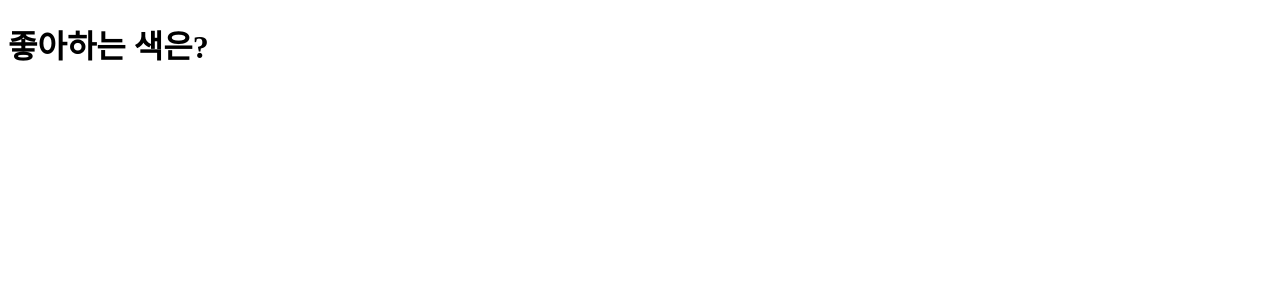
Repository: SongHyeSun/JSP
Page: jspSrc17/och03/src/main/webapp/color.html
The author's editor kept a copy of each file at every save. The page is drawn from the files as they stood at one save, then again after the next save.
The browser window is 1280 px wide. The pictures show the whole page.

Above is the page before, as saved 2024-07-10 03:31:14.

### jspSrc17/och03/src/main/webapp/color.html
<!DOCTYPE html>
<html>
<head>
<meta charset="UTF-8">
<title>Insert title here</title>
</head>
<body>
	<h1>좋아하는 색은?</h1>

</body>
</html>

After the next save:
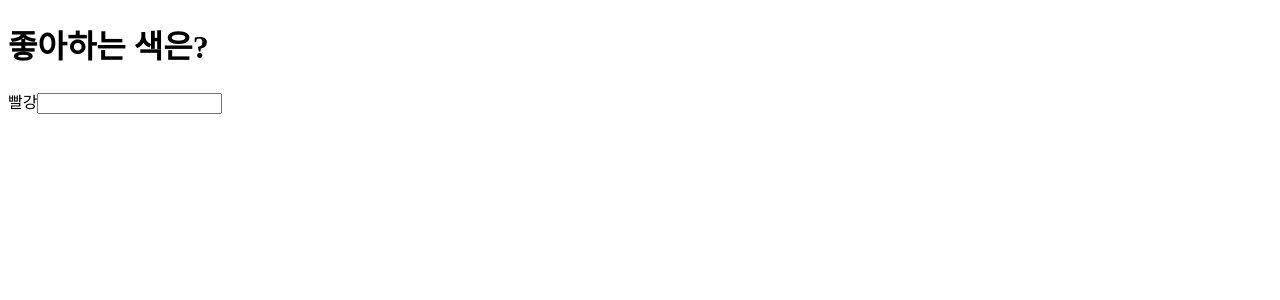
Saved 66 s later.
--- a/jspSrc17/och03/src/main/webapp/color.html
+++ b/jspSrc17/och03/src/main/webapp/color.html
@@ -6,6 +6,8 @@
 </head>
 <body>
 	<h1>좋아하는 색은?</h1>
-
+	<form action="color.jsp">
+	빨강<input>
+	</form>
 </body>
 </html>
